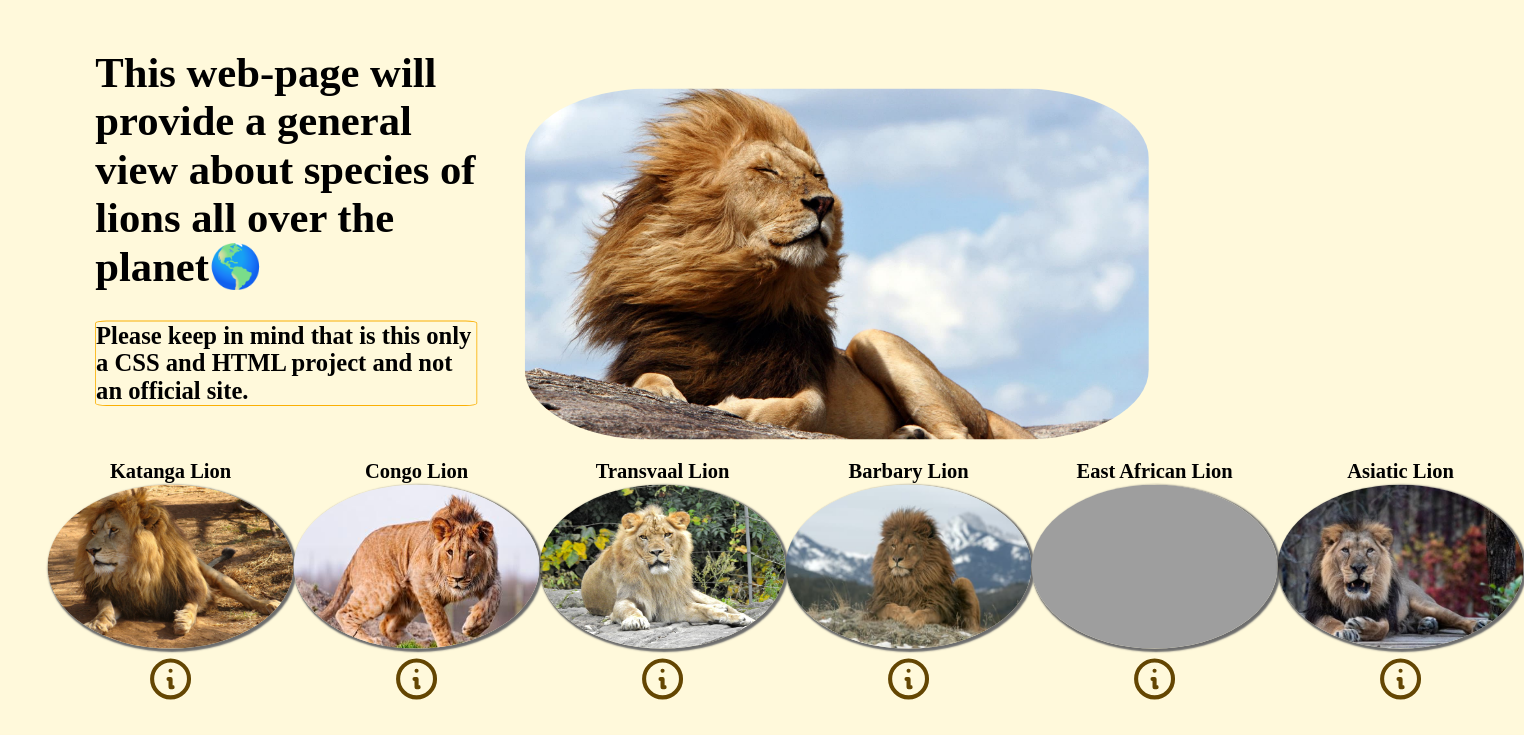
Repository: GeorgeManias/lions_project
Page: index.html
An editor plug-in stored every save of this project. The page is shown before and after the next save, followed by the edit.
The browser window is 1280 px wide. The page is 1858 px wide, so the pictures cover 1858 px, including what lies to the right of the window. The pictures show the whole page, at 82% of full size.
Pictures or frames that could not be fetched are drawn as grey boxes.

Above is the page before, as saved 2021-11-04 19:59:28.

After the next save:
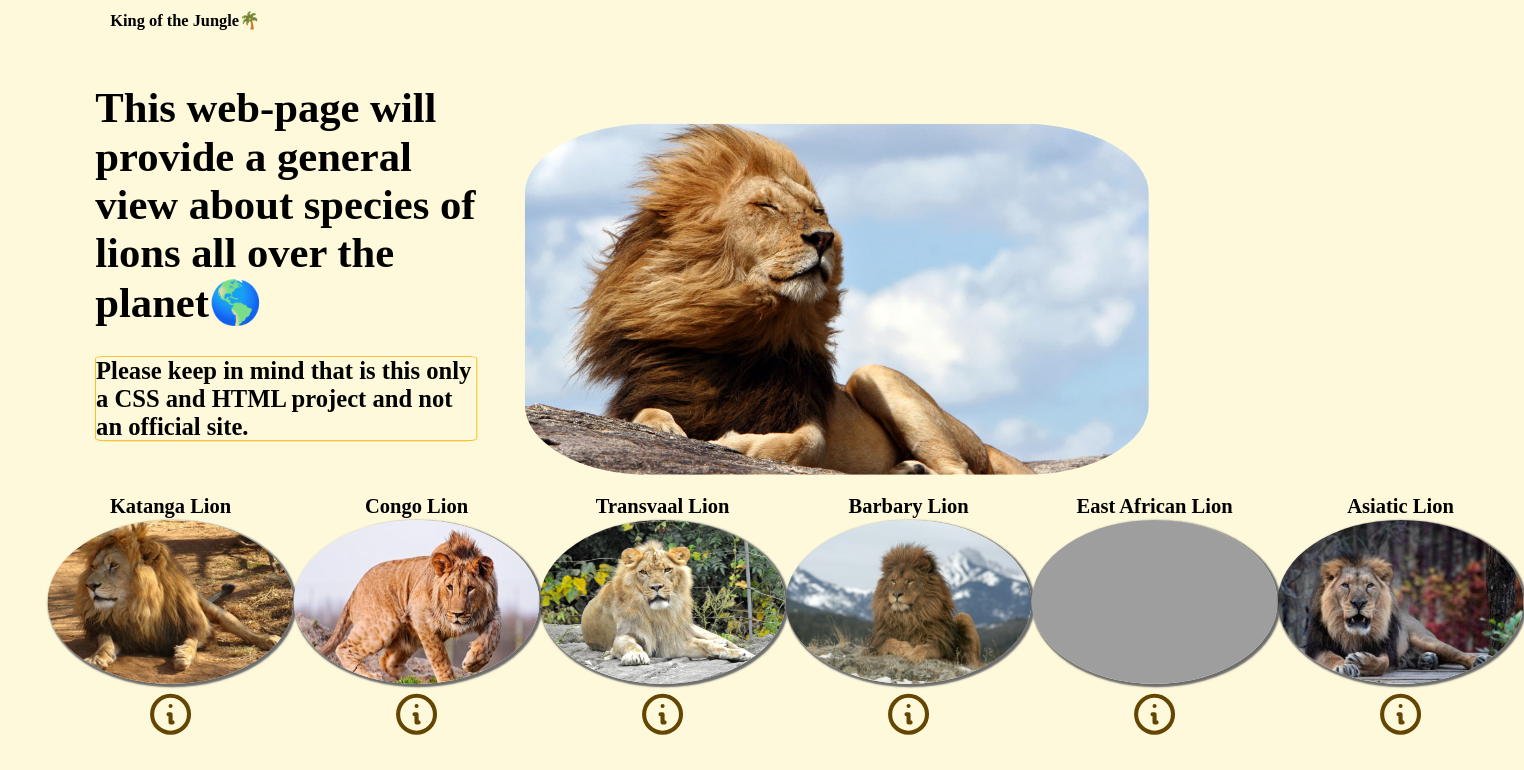
Saved 6 min 0 s later.
--- a/index.html
+++ b/index.html
@@ -12,6 +12,9 @@
     <!--This will be the container fro the main_page-->
 
     <body>
+      <header>
+        <h1 class="header_top">King of the Jungle🌴</h1>
+      </header>
       <!--Class above will support the grid between header and main photo-->
       <div class="hero_section">
         <div class="headers_and_mainphoto">
